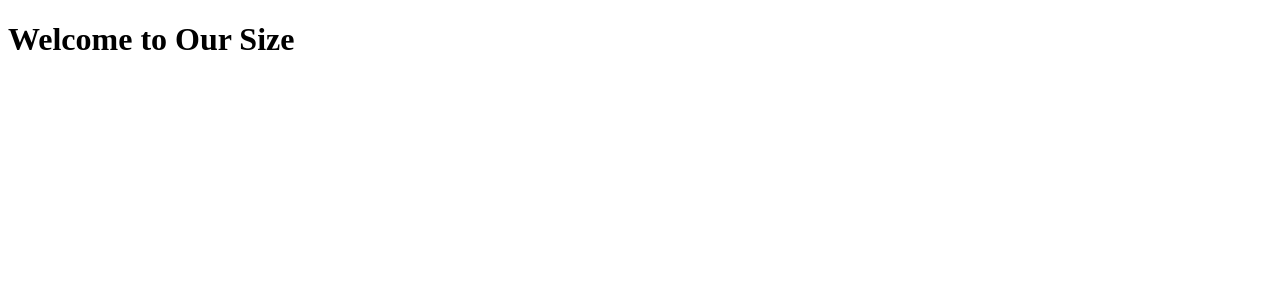
Repository: hsumyatm7308/Laravelb1
Page: http://localhost/
These files come from the project's save history. The page is drawn as it stood at one moment and after the next save; the edit follows.
The browser window is 1280 px wide. The pictures show the whole page.
The page is served by the project's Laravel application, run on PHP 8.4 with Laravel 10.

Above is the page before, as saved 2023-07-24 01:05:27.

After the next save:
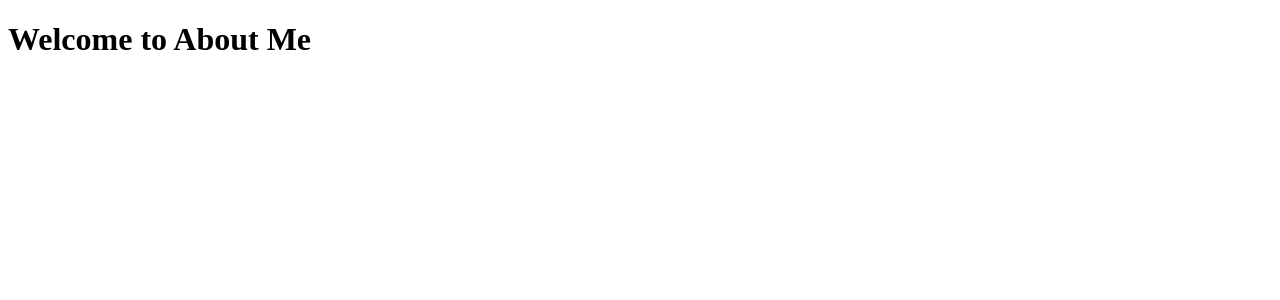
Saved 7 s later.
--- a/exerciseone/resources/views/aboutme.blade.php
+++ b/exerciseone/resources/views/aboutme.blade.php
@@ -4,7 +4,7 @@
 
 </head>
 <body>
-    <h1>Welcome to Our Size </h1>
+    <h1>Welcome to About Me </h1>
 
 </body>
 </html>
